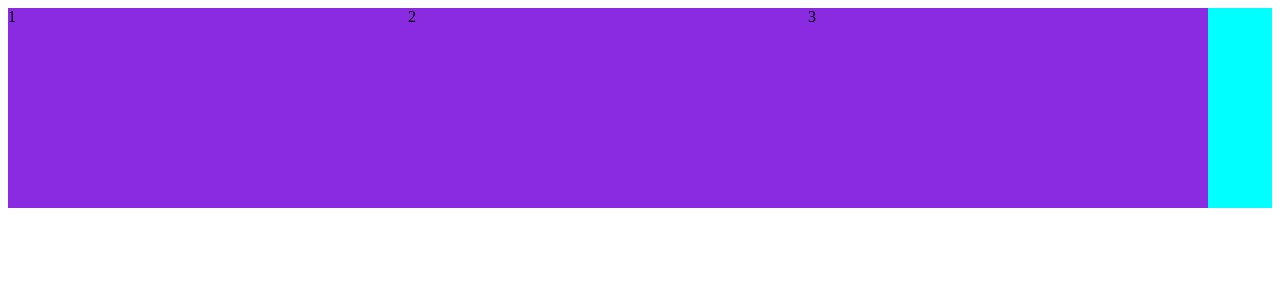
Repository: imokha01/Flexbox-and-Position-Example
Page: index.html
An editor plug-in stored every save of this project. The page is shown before and after a run of saves, followed by the edit.
The browser window is 1280 px wide. The pictures show the whole page.

Above is the page before, as saved 2023-11-21 14:47:14.

### index.html
<!DOCTYPE html>
<html lang="en">
<head>
    <meta charset="UTF-8">
    <meta name="viewport" content="width=device-width, initial-scale=1.0">
    <title>Document</title>
    <link rel="stylesheet" href="./index.css">
</head>
<body>
    <div class="flex">
        <div class="first">1</div>
        <div class="second">2</div>
        <div class="third">3</div>
    </div>
</body>
</html>

### index.css
.flex {
    display: flex;
    background-color: aqua;
    flex-direction: row;


}


.flex div {
    width: 400px;
    height: 200px;
    background-color: blueviolet;
    border:

}

After the next 3 saves:
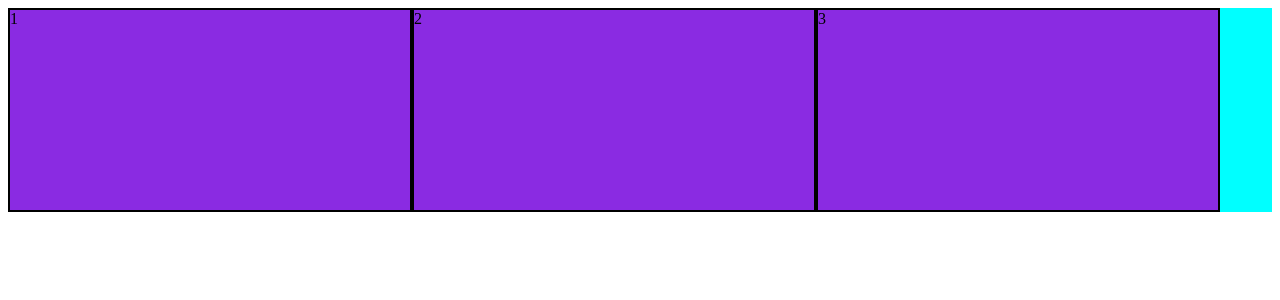
The 3 saves are shown as one change because they came seconds apart.
The last was saved 12 s later.
--- a/index.css
+++ b/index.css
@@ -11,6 +11,6 @@
     width: 400px;
     height: 200px;
     background-color: blueviolet;
-    border:
+    border: 2px solid black;
 
 }
